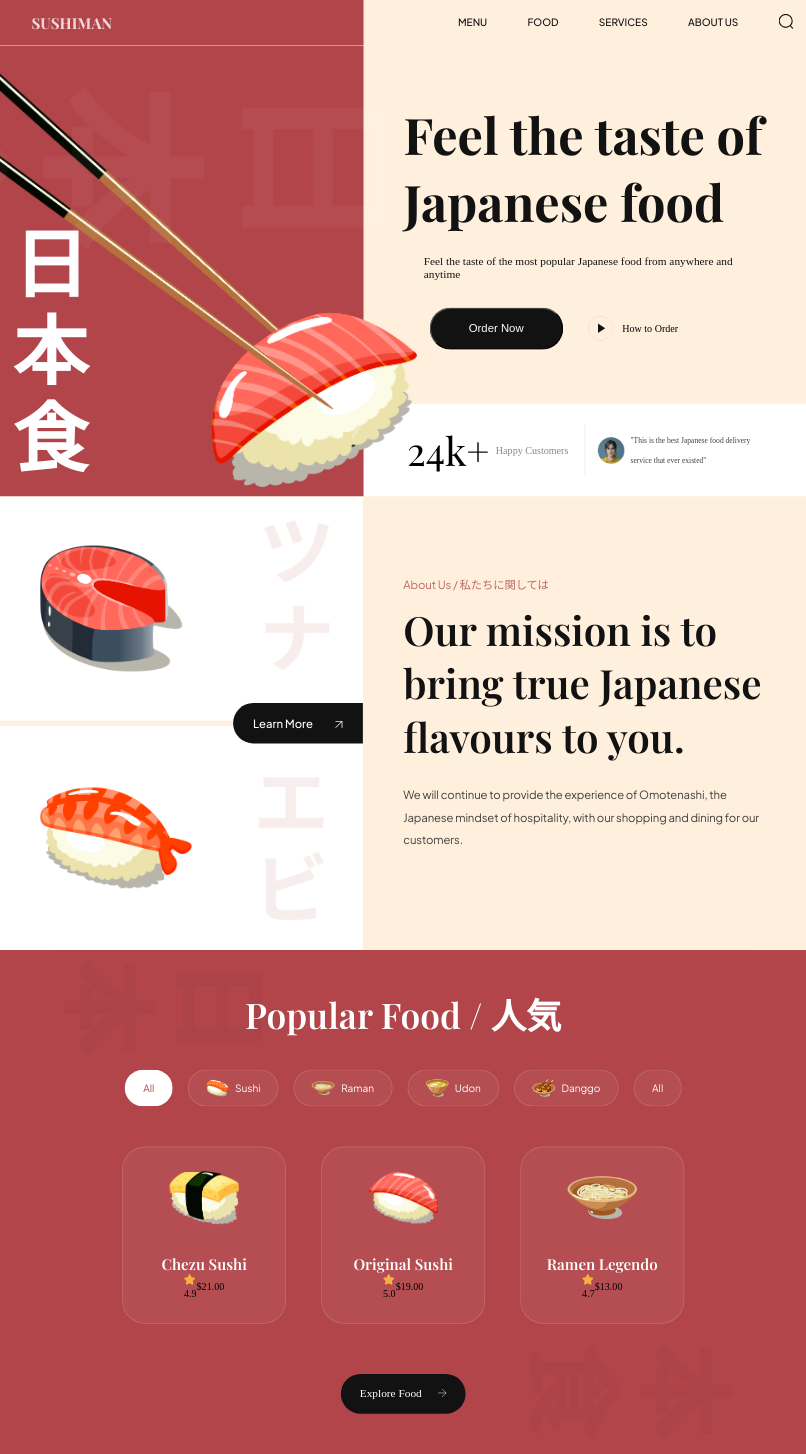
Repository: echoyol/sushiWebsite
Page: index.html
An editor plug-in stored every save of this project. The page is shown before and after the next save, followed by the edit.
The browser window is 1280 px wide. The pictures show the whole page, at 63% of full size.

Above is the page before, as saved 2023-06-05 20:44:01.

After the next save:
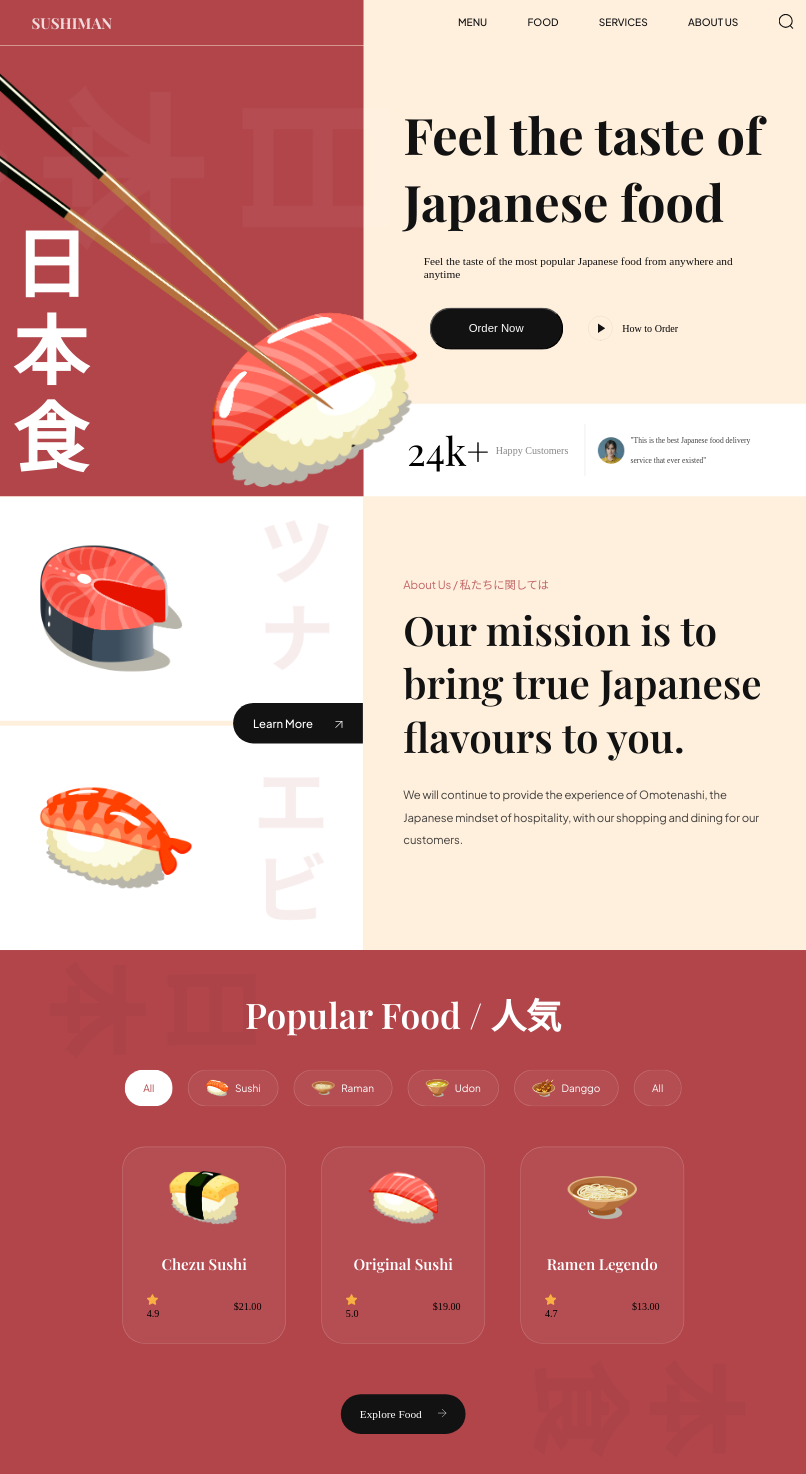
Saved 98 s later.
--- a/css/sections/popular.css
+++ b/css/sections/popular.css
@@ -135,3 +135,8 @@
   color: #fff;
   text-align: center;
 }
+
+.popular-foods__card-details {
+  width: 100%;
+  margin-top: 32px;
+}
